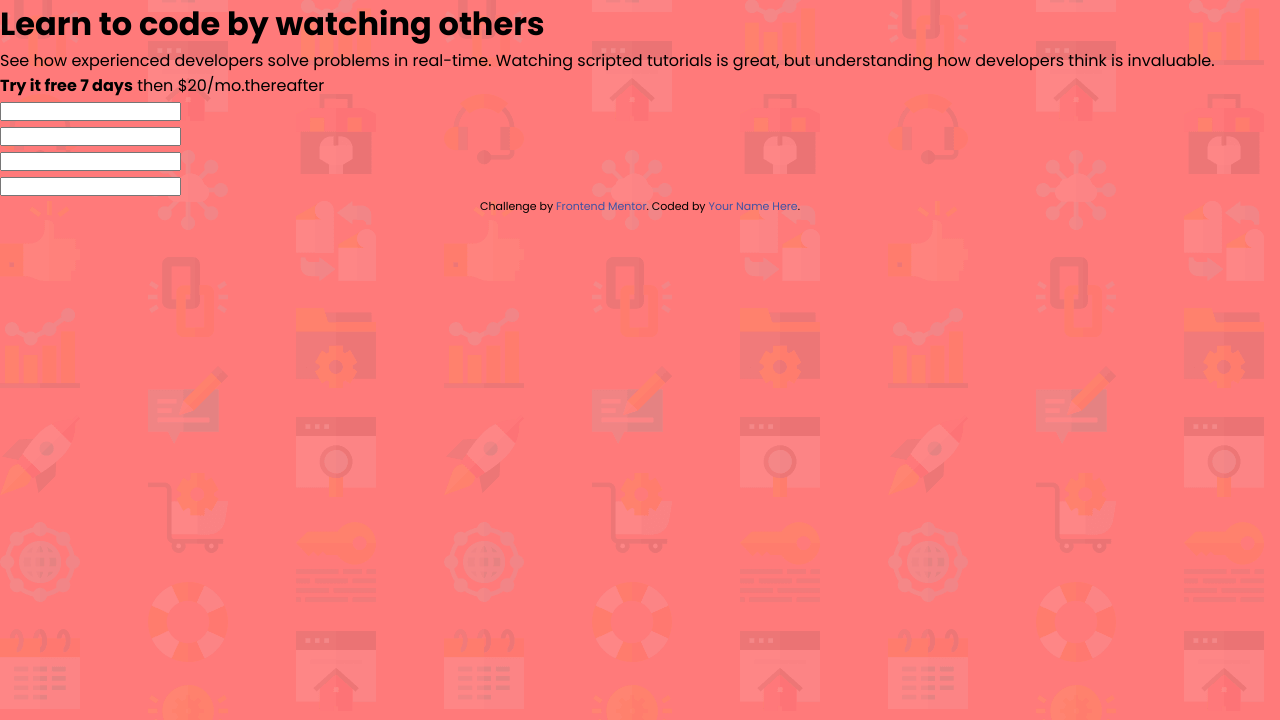
Repository: Akashiii1/WebSignup_Form_Day2
Page: index.html
These files come from the project's save history. The page is drawn as it stood at one moment and after the next save; the edit follows.
The browser window is 1280 px wide. The pictures show the whole page.

Above is the page before, as saved 2021-12-19 16:28:01.

After the next save:
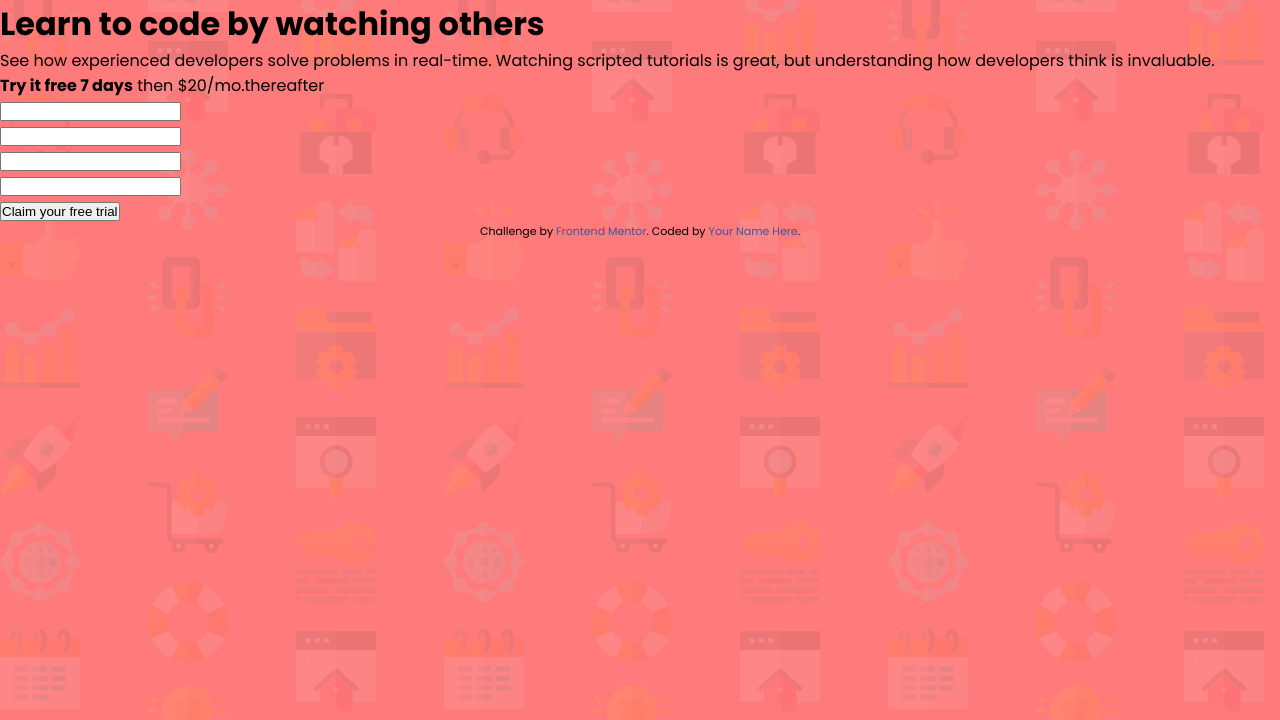
Saved 44 s later.
--- a/index.html
+++ b/index.html
@@ -39,7 +39,7 @@
   Email Address
   Password
 
-  Claim your free trial
+
 
   By clicking the button, you are agreeing to our Terms and Services -->
     <div class="container">
@@ -60,6 +60,7 @@
           <div class="form-control"><input type="text"><small></small></div>
           <div class="form-control"><input type="text"><small></small></div>
           <div class="form-control"><input type="text"><small></small></div>
+          <button >Claim your free trial </button>
         </form>
       </div>
     </div>
